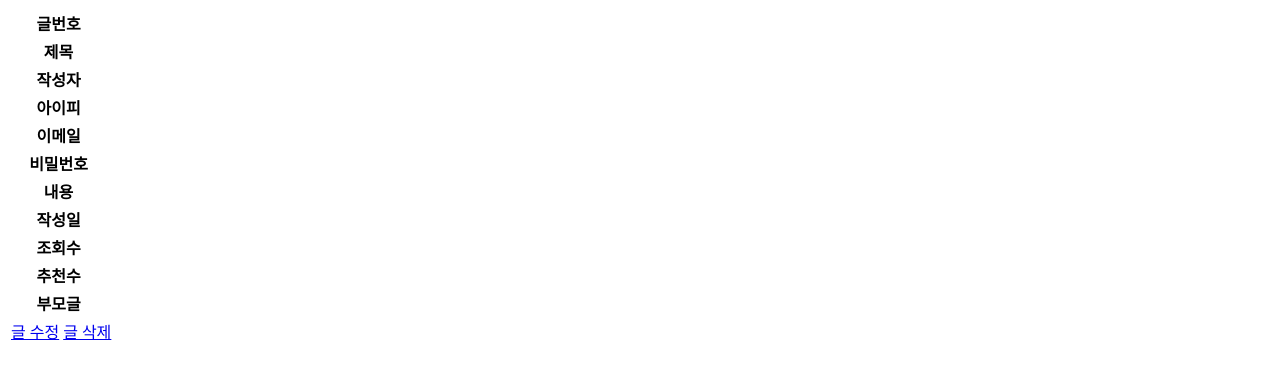
Repository: MyDreamFlying/JspClass
Page: http://localhost/WebStudy04_SpringBoard/WEB-INF/jsp/board/boardView.jsp
An editor plug-in stored every save of this project. The page is shown before and after the next save, followed by the edit.
The browser window is 1280 px wide. The pictures show the whole page.
The page is served by Tomcat 9. Nobody is signed in. The template is opened directly, without the code that normally fills it, so the values that code supplies are empty.

Above is the page before, as saved 2022-10-14 06:01:07.
Console error: ReferenceError: $ is not defined

After the next save:
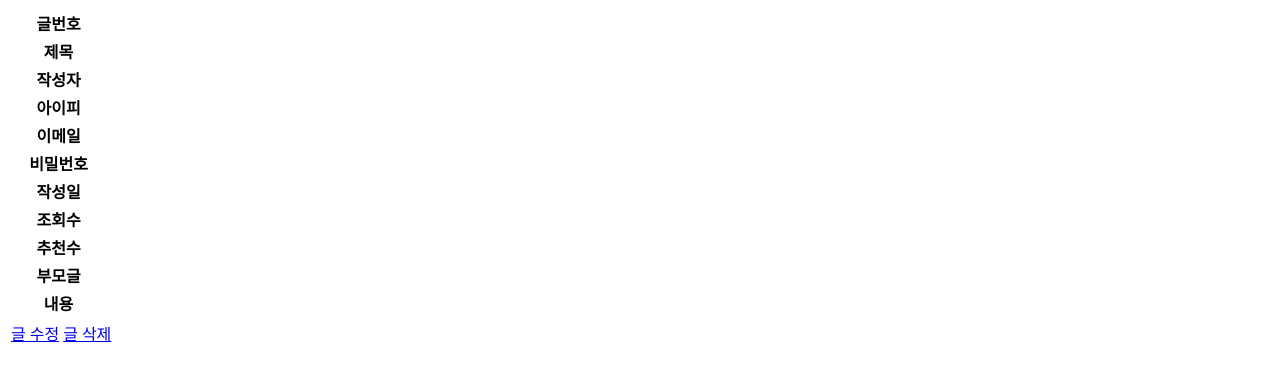
Saved 9 min 14 s later.
--- a/WebStudy04_SpringBoard/src/main/webapp/WEB-INF/jsp/board/boardView.jsp
+++ b/WebStudy04_SpringBoard/src/main/webapp/WEB-INF/jsp/board/boardView.jsp
@@ -26,11 +26,6 @@
 		<th>비밀번호</th>
 		<td>${board.boPass }</td>
 	</tr>
-	<tr>
-		<th>내용</th>
-		<td>${board.boContent }</td>
-	</tr>
-	<tr>
 		<th>작성일</th>
 		<td>${board.boDate }</td>
 	</tr>
@@ -46,6 +41,12 @@
 		<th>부모글</th>
 		<td>${board.boParent }</td>
 	</tr>
+	<tr>
+		<th>내용</th>
+		<td>${board.boContent }</td>
+	</tr>
+	<tr>
+
 	<tr>
 		<td colspan="2">
 			<c:url value="/board/boardUpdate.do" var="updateURL">
